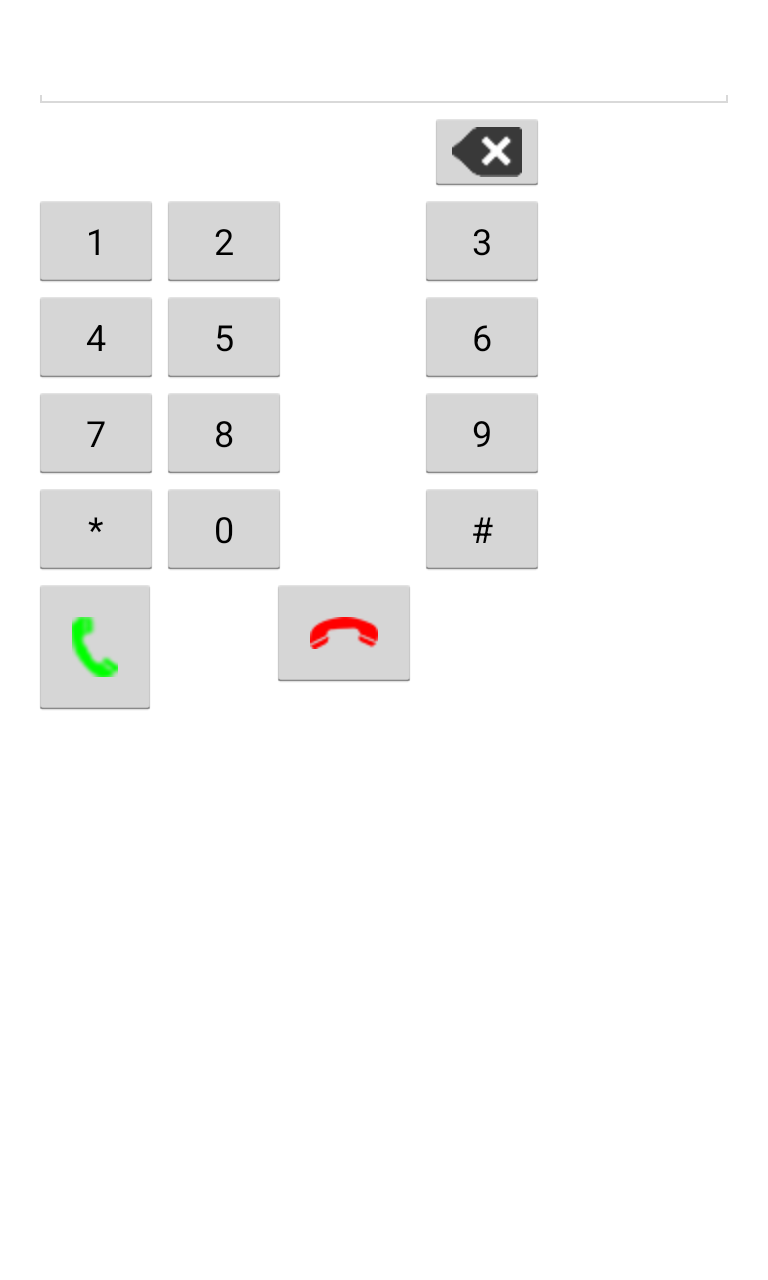
Repository: andreeastoican/Laborator03
Layout: PhoneDialer/res/layout/activity_phone_dialer.xml
The author's editor kept a copy of each file at every save. The layout is drawn from the files as they stood at one save, then again after the next save.
It is drawn on a 768 x 1280 px phone screen (xhdpi) without system bars, with theme AppTheme; the app's code is not run.

Above is the layout before, as saved 2015-03-10 10:04:33.

After the next save:
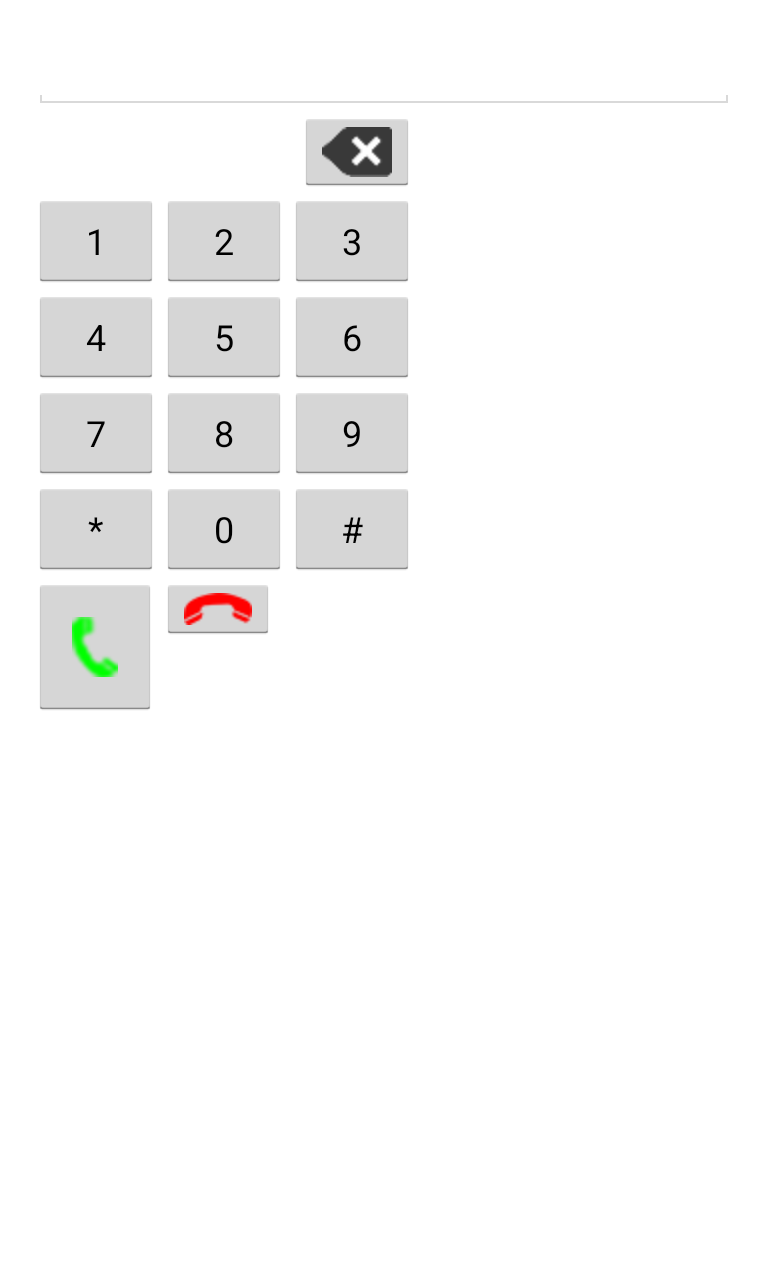
Saved 15 s later.
--- a/PhoneDialer/res/layout/activity_phone_dialer.xml
+++ b/PhoneDialer/res/layout/activity_phone_dialer.xml
@@ -126,8 +126,6 @@
 	        android:layout_height="wrap_content"
 	        android:text="#"
 	        android:layout_toRightOf="@id/img_on"
-	        android:padding="20dp"
-	        android:layout_marginLeft="55dp"
 	        android:src="@drawable/hangup"
 		    />
     </GridLayout>
